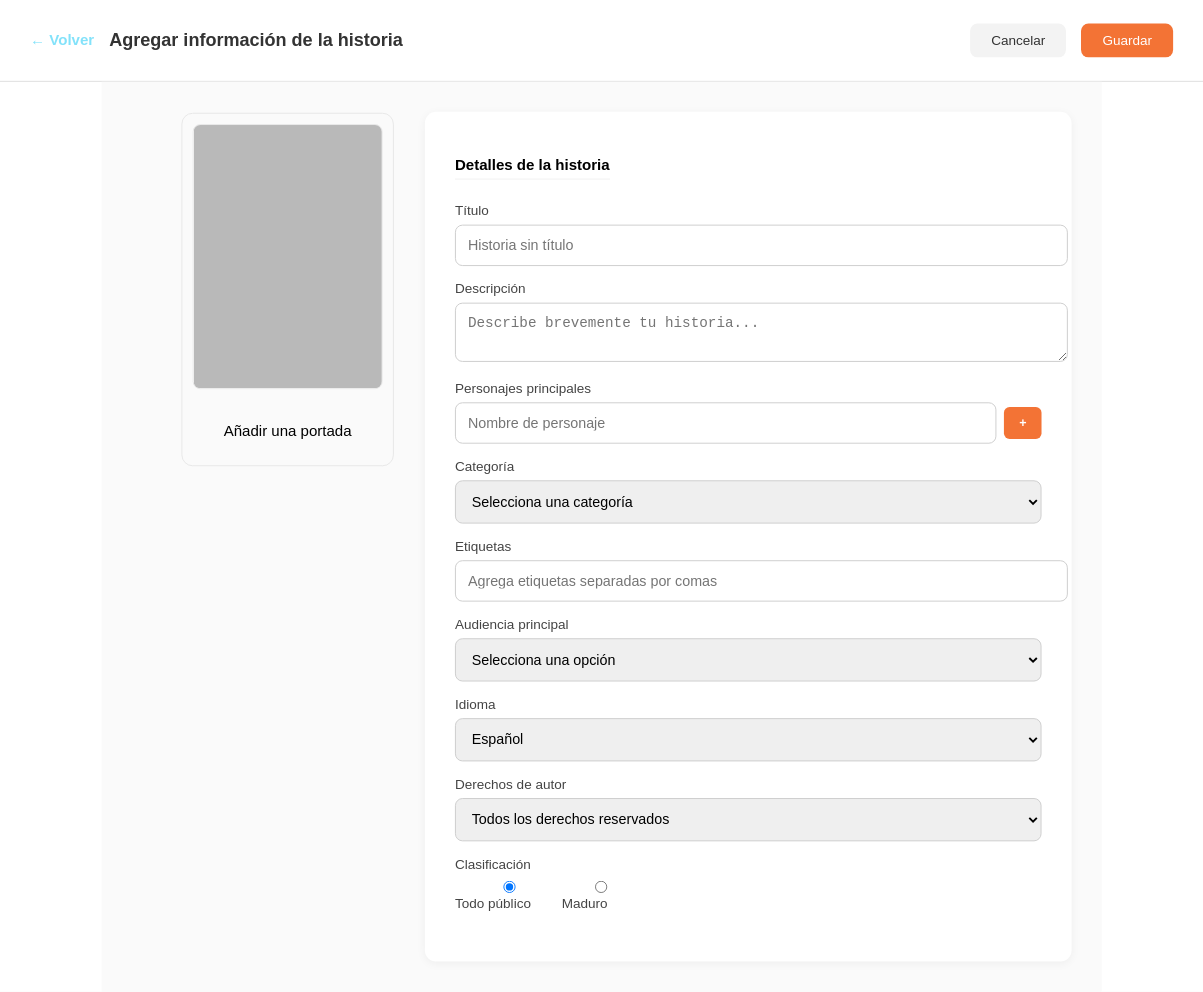
Repository: Mellowdarkl/willpig_studio
Page: .env/html_backup/indexCreti.html
These files come from the project's save history. The page is drawn as it stood at one moment and after the next save; the edit follows.
The browser window is 1280 px wide. The pictures show the whole page, at 94% of full size.
Pictures or frames that could not be fetched are drawn as grey boxes.

Above is the page before, as saved 2025-11-11 13:23:03.

After the next save:
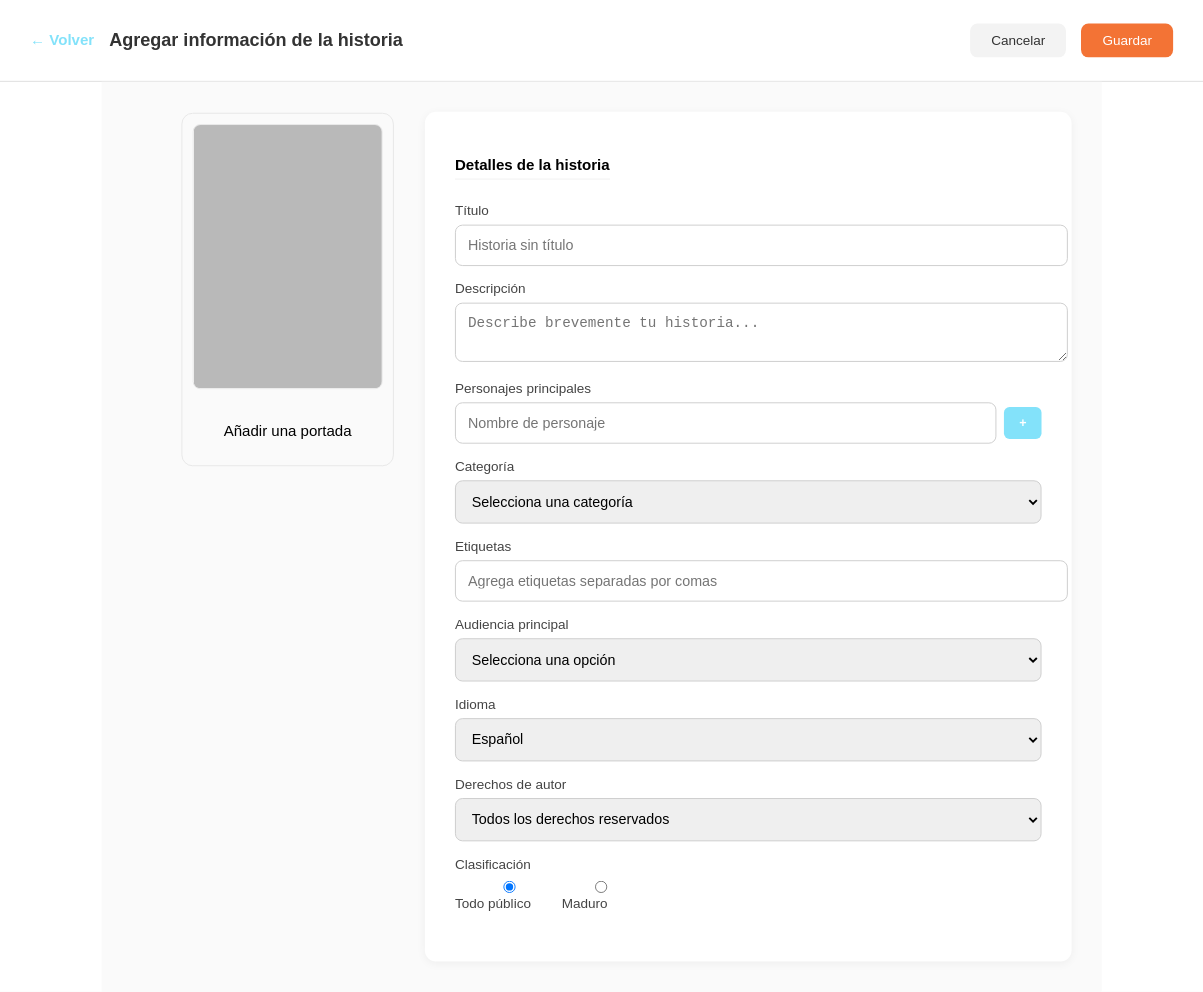
Saved 64 s later.
--- a/.env/html_backup/style1.2.css
+++ b/.env/html_backup/style1.2.css
@@ -1083,7 +1083,7 @@ social-btn google img {
 
 .btn-add {
   padding: 0.6rem 1rem;
-  background: var(--accent-color, #f37335);
+  background: var(--accent-color, #83e2fa);
   border: none;
   color: #fff;
   border-radius: 6px;
